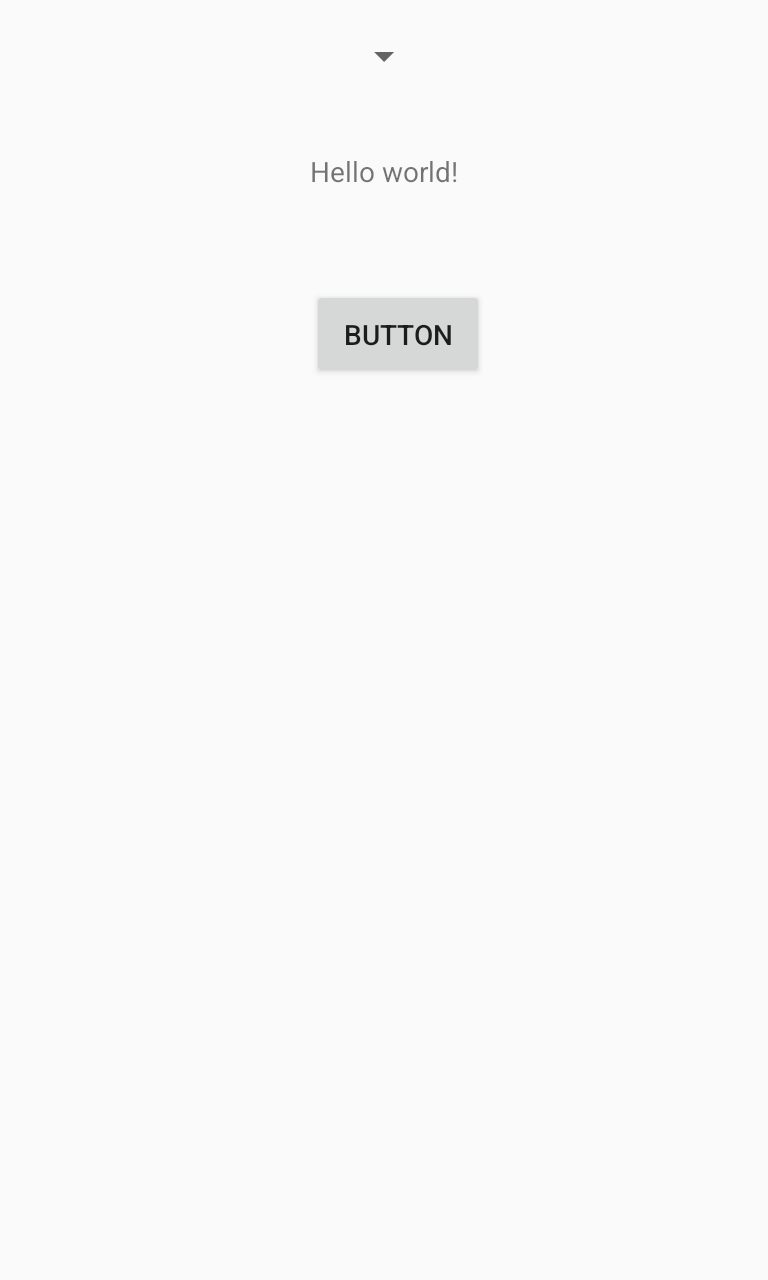
Repository: g80349/Java1
Layout: Week2/Weather/res/layout/activity_main.xml
The author's editor kept a copy of each file at every save. The layout is drawn from the files as they stood at one save, then again after the next save.
It is drawn on a 768 x 1280 px phone screen (xhdpi) without system bars, with theme AppTheme; the app's code is not run.

Above is the layout before, as saved 2014-04-09 01:53:52.

### Week2/Weather/res/layout/activity_main.xml
<RelativeLayout xmlns:android="http://schemas.android.com/apk/res/android"
    xmlns:tools="http://schemas.android.com/tools"
    android:layout_width="match_parent"
    android:layout_height="match_parent"
    android:paddingBottom="@dimen/activity_vertical_margin"
    android:paddingLeft="@dimen/activity_horizontal_margin"
    android:paddingRight="@dimen/activity_horizontal_margin"
    android:paddingTop="@dimen/activity_vertical_margin"
    tools:context="com.example.weather.MainActivity$PlaceholderFragment" >

    <Spinner
        android:id="@+id/location_array"
        android:layout_width="wrap_content"
        android:layout_height="wrap_content"
        android:layout_alignParentTop="true"
        android:layout_centerHorizontal="true" />

    <TextView
        android:id="@+id/textView2"
        android:layout_width="wrap_content"
        android:layout_height="wrap_content"
        android:layout_below="@+id/location_array"
        android:layout_centerHorizontal="true"
        android:layout_marginTop="36dp"
        android:text="@string/hello_world" />

    <Button
        android:id="@+id/button1"
        android:layout_width="wrap_content"
        android:layout_height="wrap_content"
        android:layout_alignLeft="@+id/textView2"
        android:layout_below="@+id/textView2"
        android:layout_marginTop="48dp"
        android:text="Button" />

</RelativeLayout>

### Week2/Weather/res/values/strings.xml
<?xml version="1.0" encoding="utf-8"?>
<resources>

    <string name="app_name">Weather</string>
    <string name="hello_world">Hello world!</string>
    <string name="action_settings">Settings</string>
    <string-array name = "location_array">
        <item>Las Vegas</item>
        <item>Henderson</item>
        <item>North Las Vegas</item>
        <item>Stateline</item>
    </string-array>

</resources>

Loaded but not shown: Week2/Weather/res/values/styles.xml (common file); Week2/Weather/res/values-v11/styles.xml (common file); Week2/Weather/res/values-v14/styles.xml (common file); Week2/Weather/res/values/dimens.xml (common file); Week2/Weather/res/values-w820dp/dimens.xml (common file)

After the next save:
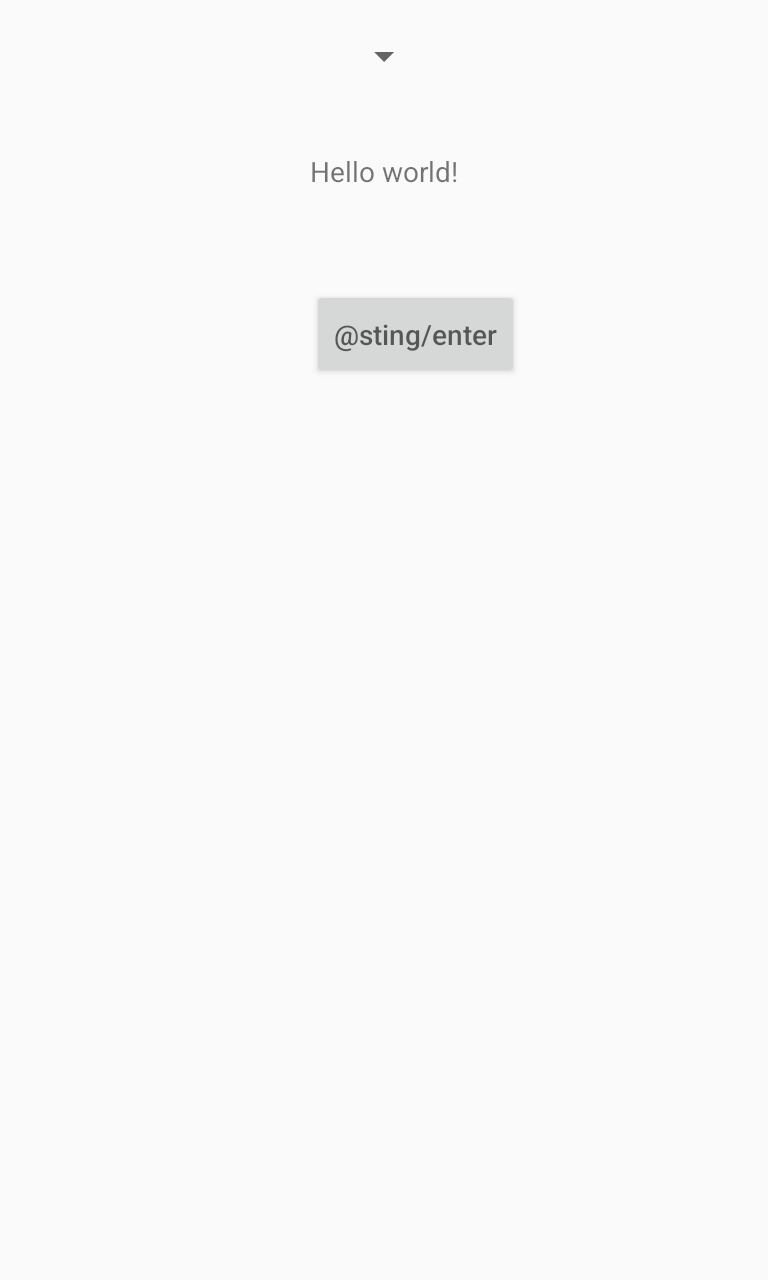
Saved 59 s later.
--- a/Week2/Weather/res/layout/activity_main.xml
+++ b/Week2/Weather/res/layout/activity_main.xml
@@ -25,12 +25,12 @@
         android:text="@string/hello_world" />
 
     <Button
-        android:id="@+id/button1"
+        android:id="@+id/enter"
         android:layout_width="wrap_content"
         android:layout_height="wrap_content"
         android:layout_alignLeft="@+id/textView2"
         android:layout_below="@+id/textView2"
         android:layout_marginTop="48dp"
-        android:text="Button" />
+        android:hint="@sting/enter" />
 
 </RelativeLayout>
